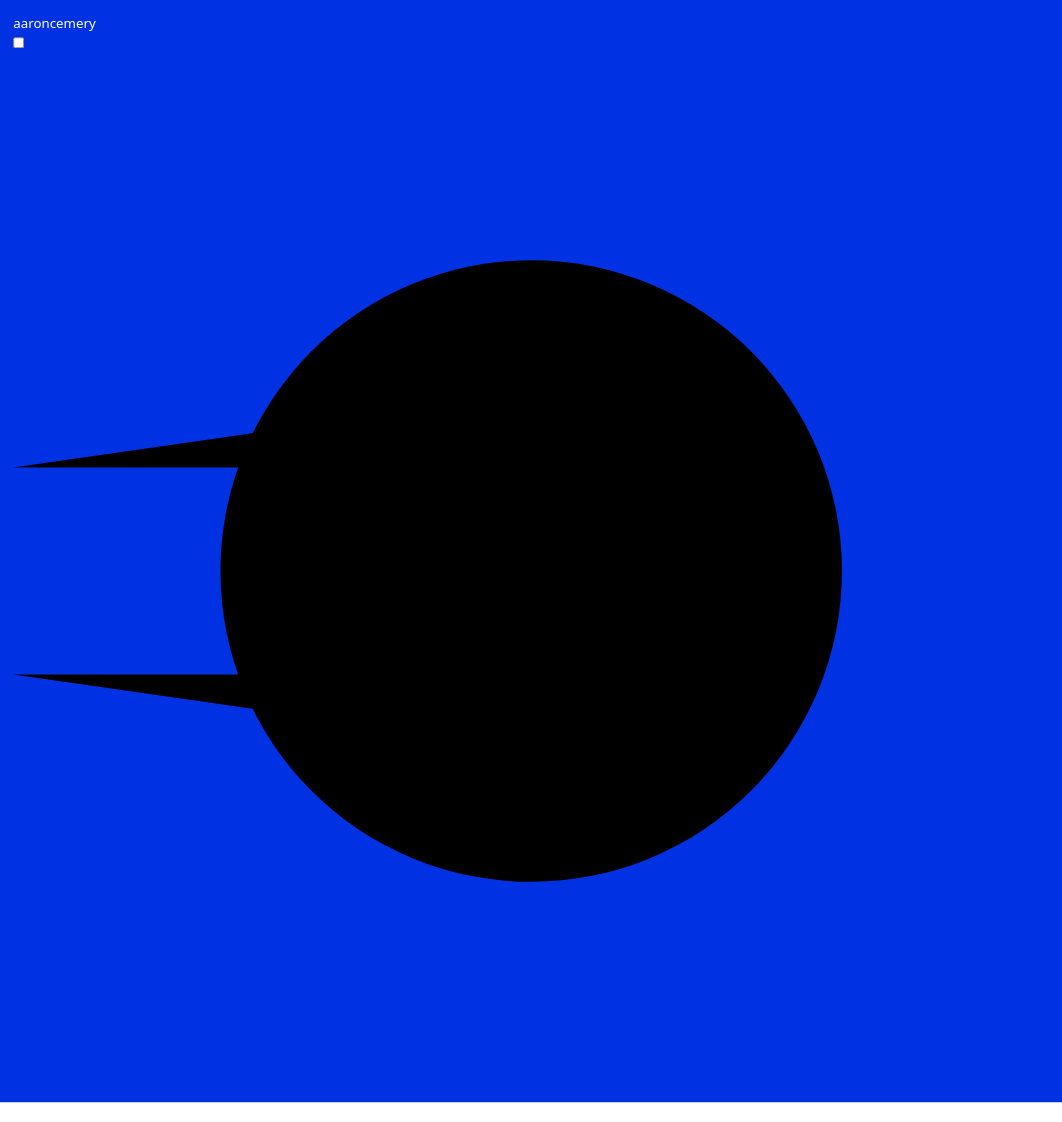
Repository: aaroncemery/aaroncemery-next13
Page: /
An editor plug-in stored every save of this project. The page is shown before and after the next save, followed by the edit.
The browser window is 1280 px wide. The pictures show the whole page, at 83% of full size.
The project was rebuilt for these pictures with package versions that can differ from the ones it lists, and the page was loaded fresh each time. The framework's server and built-in components were replaced by stand-ins that run in the browser. Also part of the build but not shown: next.config.js.

Above is the page before, as saved 2022-11-24 19:37:53.

### app/layout.tsx
import '@/styles/globals.css'
import Nav from 'components/ui/nav'

export default function RootLayout({
  children,
}: {
  children: React.ReactNode
}) {
  return (
    <html>
      <head></head>
      <body>
        <Nav />
        {children}
      </body>
    </html>
  )
}

### app/page.tsx
import Link from 'next/link';

export default function Page() {
  return (
    <div className="space-y-6">
      <div className="space-y-8 text-white">
        <h1>Hello</h1>
      </div>
    </div>
  );
}

### components/ui/nav.tsx
import { MenuToggle } from './buttons'

export default function Nav() {
  return (
    <nav className="bg-[#0032E3] py-4">
      <div className="container mx-auto px-4">
        <div className="text-white">aaroncemery</div>
        <MenuToggle />
      </div>
    </nav>
  )
}

### components/ui/buttons.tsx
'use client'

import { useMenuToggle } from 'hooks/useMenuToggle'
import JSXStyle from 'styled-jsx/style'

export const MenuToggle = () => {
  const { isOpen, toggle } = useMenuToggle()

  return (
    <div className="grid">
      <div className="menu cross menu--1">
        <label htmlFor="">
          <input type="checkbox" onClick={toggle} />
          <svg viewBox="0 0 100 100">
            <circle cx="50" cy="50" r="30" />
            <path className="line--1" d="M0 40h62c13 0 6 28-4 18L35 35" />
            <path className="line--2" d="M0 50h70" />
            <path className="line--3" d="M0 60h62c13 0 6-28-4-18L35 65" />
          </svg>
        </label>
      </div>
    </div>
  )
}

;<JSXStyle
  id="menu"
  global={true}
  children={`
  .menu--1 {
    background-color: #3f77e9;
    .line--1,
    .line--3 {
      --total-length: 126.64183044433594;
    }
    .line--2 {
      --total-length: 70;
    }
    input:checked+svg {
      .line--1,
      .line--3 {
        --offset: -94.1149185097;
      }
      .line--2 {
        --offset: -50;
      }
    }
  }
`}
/>

### hooks/useMenuToggle.tsx
import { useState } from 'react'

export const useMenuToggle = () => {
  const [isOpen, setIsOpen] = useState(false)

  const toggle = () => setIsOpen(!isOpen)

  return { isOpen, toggle }
}

Loaded but not shown: styles/globals.css (common file); tailwind.config.js (common file)

After the next save:
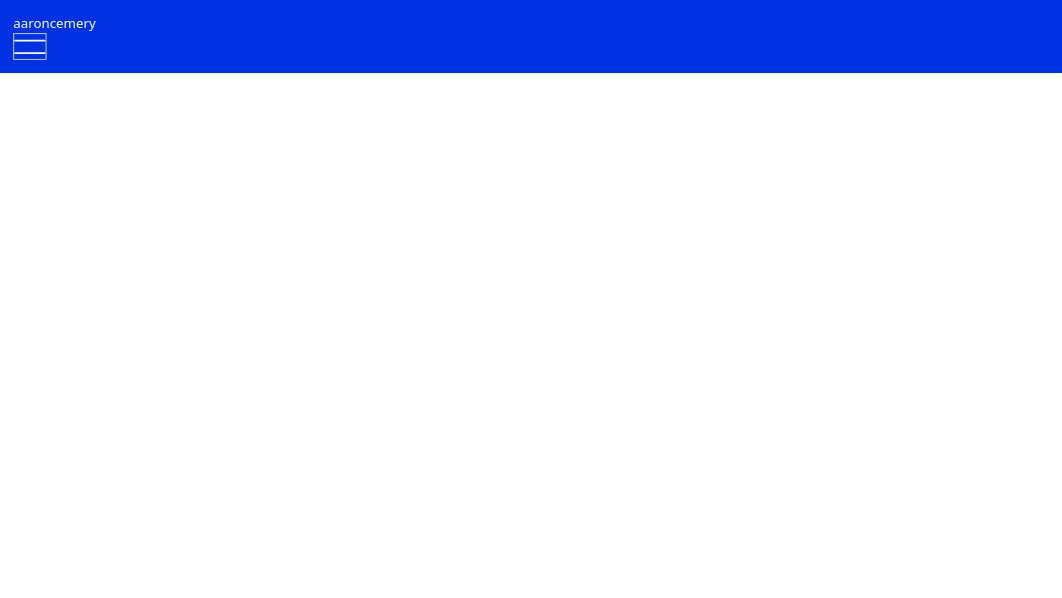
Saved 119 s later.
--- a/components/ui/buttons.tsx
+++ b/components/ui/buttons.tsx
@@ -1,50 +1,25 @@
 'use client'
 
 import { useMenuToggle } from 'hooks/useMenuToggle'
-import JSXStyle from 'styled-jsx/style'
 
 export const MenuToggle = () => {
   const { isOpen, toggle } = useMenuToggle()
 
   return (
-    <div className="grid">
-      <div className="menu cross menu--1">
-        <label htmlFor="">
-          <input type="checkbox" onClick={toggle} />
-          <svg viewBox="0 0 100 100">
-            <circle cx="50" cy="50" r="30" />
-            <path className="line--1" d="M0 40h62c13 0 6 28-4 18L35 35" />
-            <path className="line--2" d="M0 50h70" />
-            <path className="line--3" d="M0 60h62c13 0 6-28-4-18L35 65" />
-          </svg>
-        </label>
-      </div>
-    </div>
+    <button
+      className="flex flex-col justify-around w-10 h-8 p-0 text-white focus:outline-none focus:ring-2 focus:ring-offset-2 focus:ring-offset-[#0032E3] focus:ring-white border"
+      onClick={toggle}
+    >
+      <span
+        className={`w-full h-[2px] bg-white rounded ${
+          isOpen ? 'rotate-45 origin-left' : ''
+        }`}
+      ></span>
+      <span
+        className={`w-full h-[2px] bg-white rounded ${
+          isOpen ? '-rotate-45 origin-right' : ''
+        }`}
+      ></span>
+    </button>
   )
 }
-
-;<JSXStyle
-  id="menu"
-  global={true}
-  children={`
-  .menu--1 {
-    background-color: #3f77e9;
-    .line--1,
-    .line--3 {
-      --total-length: 126.64183044433594;
-    }
-    .line--2 {
-      --total-length: 70;
-    }
-    input:checked+svg {
-      .line--1,
-      .line--3 {
-        --offset: -94.1149185097;
-      }
-      .line--2 {
-        --offset: -50;
-      }
-    }
-  }
-`}
-/>
